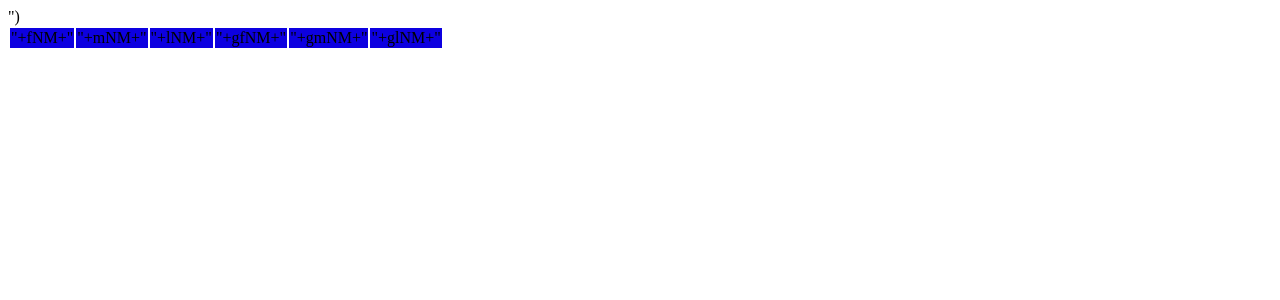
Repository: vishaldhardubey/Java-Programs-BridgeIT
Page: Maven/StudentInfoApplication/WebContent/studentinfo.html
An editor plug-in stored every save of this project. The page is shown before and after the next save, followed by the edit.
The browser window is 1280 px wide. The pictures show the whole page.

Above is the page before, as saved 2018-06-21 12:14:00.

### Maven/StudentInfoApplication/WebContent/studentinfo.html
<!DOCTYPE html>
<html>
<head>
<meta charset="UTF-8">
<title>Insert title here</title>
</head>
<body>
<table>")
	<tr bgcolor="green\>
				<td>Reg. No.</td>
				<td>First Name</td>
				<td>Middle Name</td>
				<td>Last Name</td>
			<td>G First Name</td>
				<td>G Middle Name</td>
		<td>G Last Name</td>
				</tr>
				<tr>
				<td>"+regnum+"</td>
				<td>"+fNM+"</td>
				<td>"+mNM+"</td>
				<td>"+lNM+"</td>
				<td>"+gfNM+"</td>
				<td>"+gmNM+"</td>
				<td>"+glNM+"</td>
		</tr>
			</table>
</body>
</html>

After the next save:
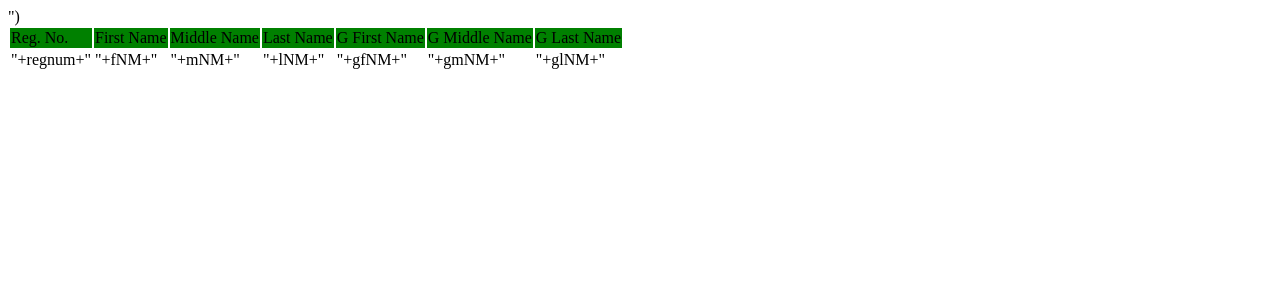
Saved 8 s later.
--- a/Maven/StudentInfoApplication/WebContent/studentinfo.html
+++ b/Maven/StudentInfoApplication/WebContent/studentinfo.html
@@ -6,7 +6,7 @@
 </head>
 <body>
 <table>")
-	<tr bgcolor="green\>
+	<tr bgcolor="green">
 				<td>Reg. No.</td>
 				<td>First Name</td>
 				<td>Middle Name</td>
